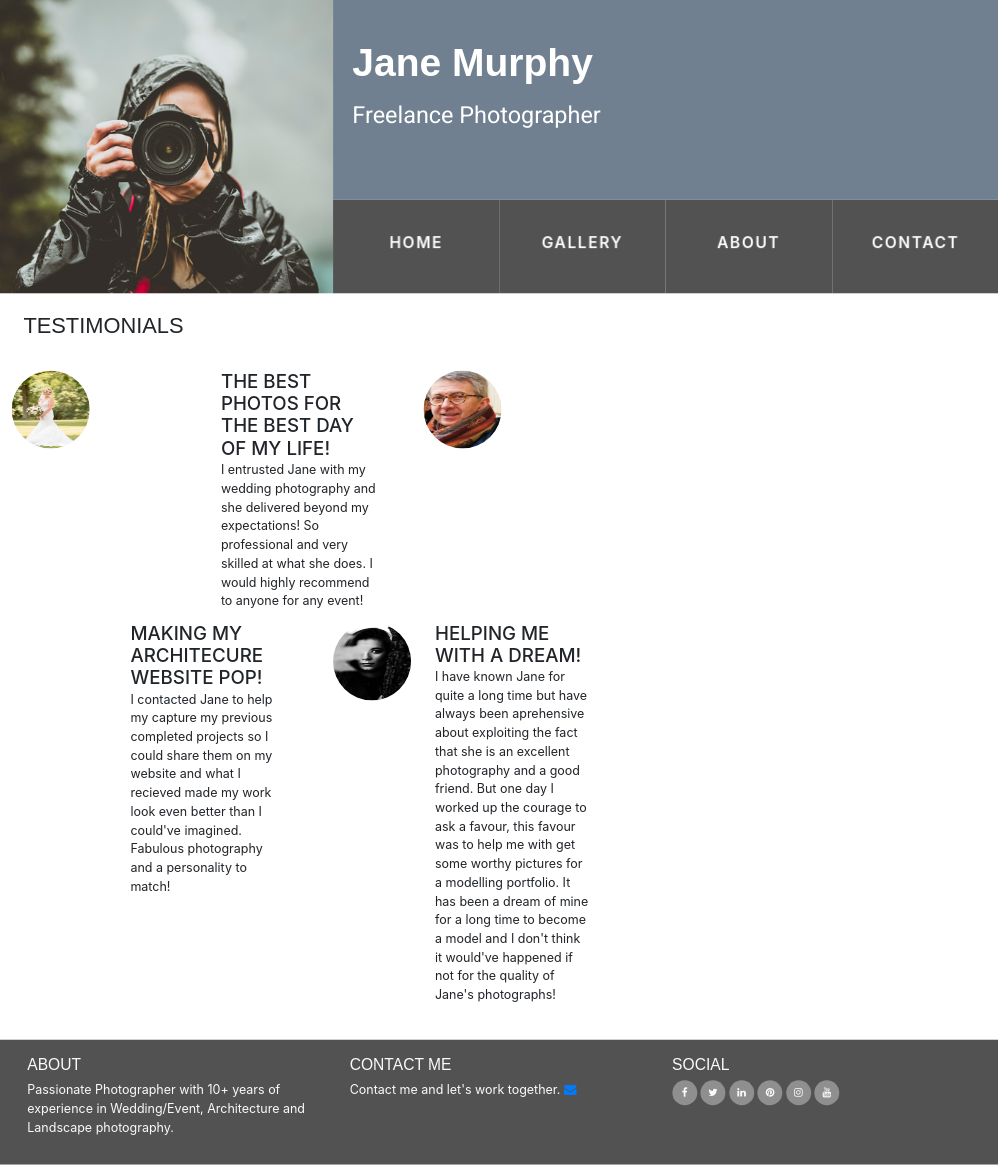
Repository: Code-Institute-Submissions/MrChrisRandall-milestone-1
Page: index.html
The author's editor kept a record of every edit. The page is drawn from the files as they stood at one moment, then again after the next edit.
The browser window is 1280 px wide. The pictures show the whole page, at 78% of full size.

Above is the page before.

### index.html
<!DOCTYPE html>
<html lang="en">

<head>
    <meta charset="UTF-8">
    <meta name="viewport" content="width=device-width, initial-scale=1.0">
    <meta http-equiv="X-UA-Compatible" content="ie=edge">
    <link rel="stylesheet" href="https://stackpath.bootstrapcdn.com/bootstrap/4.3.1/css/bootstrap.min.css" type="text/css" />
    <link rel="stylesheet" href="https://stackpath.bootstrapcdn.com/font-awesome/4.7.0/css/font-awesome.min.css" type="text/css" />
    <link rel="stylesheet" href="https://cdnjs.cloudflare.com/ajax/libs/hover.css/2.3.1/css/hover-min.css" type="text/css" />
    <link rel="stylesheet" href="assets/css/style.css" type="text/css" />
    <title>Studio 21</title>
</head>

<body>
    <header>
        <div class="row no-gutters">
            <a href="index.html" class="col-md-4 logo">

            </a>
            <div class="col-md-8">
                <div class="row no-gutters bg-color-name-title">
                    <div class="col heading">
                        <h1 class="name">Jane Murphy</h1>
                        <h2 class="title">Freelance Photographer</h2>
                    </div>
                </div>
                <div class="row no-gutters">
                    <div class="col">
                        <ul id="nav" class="list-inline menucontainer">
                            <li class="col-6 col-sm-3 ui-menu-color-home list-inline-item menuitem">
                                <a href="index.html" class="hvr-grow-shadow"><span>Home</span></a>
                            </li>
                            <li class="col-6 col-sm-3 ui-menu-color-gallery list-inline-item menuitem">
                                <a href="gallery.html" class="hvr-grow-shadow"><span>Gallery</span></a>
                            </li>
                            <li class="col-6 col-sm-3 ui-menu-color-about list-inline-item menuitem">
                                <a href="about.html" class="hvr-grow-shadow"><span>About</span></a>
                            </li>
                            <li class="col-6 col-sm-3 ui-menu-color-contact list-inline-item menuitem">
                                <a href="contact.html" class="hvr-grow-shadow"><span>Contact</span></a>
                            </li>
                        </ul>
                    </div>
                </div>

            </div>
        </div>

    </header>

    <section class="container-fluid">
        <div class="row">

            <div class="col-md-8 section-column">

                <div class="row">
                    <div class="col">
                        <h3 class="section-heading uppercase">Testimonials</h3>
                    </div>
                </div>
                <div class="row">
                    <div class="d-none d-sm-block">
                        <img src="assets/images/f1.jpg" class="rounded-circle mr-3" height=100 width=100>
                    </div>
                    <div class="col-10 offset-1 offset-sm-2 col-sm-4 col-md-4">
                        <div class="row">

                            <div class="col-10">
                                <h4 class="uppercase">The best photos for the best day of my life!</h4>
                                <p>
                                    I entrusted Jane with my wedding photography and she delivered beyond my expectations! So professional and very skilled at what she does. I would highly recommend to anyone for any event!
                                </p>
                            </div>
                        </div>
                    </div>


                    <div class="d-none d-sm-block">
                        <img src="assets/images/m1.jpg" class="rounded-circle mr-3" height=100 width=100>
                    </div>
                    <div class="col-10 offset-1 offset-sm-2 col-sm-4 col-md-4">
                        <div class="row">

                            <div class="col-10">
                                <h4 class="uppercase">Making my architecure website pop!</h4>
                                <p>
                                    I contacted Jane to help my capture my previous completed projects so I could share them on my website and what I recieved made my work look even better than I could've imagined. Fabulous photography and a personality to match!
                                </p>
                            </div>
                        </div>
                    </div>

                    <div class="d-none d-sm-block">
                        <img src="assets/images/fm1.jpg" class="rounded-circle mr-3" height=100 width=100>
                    </div>
                    <div class="col-10 offset-1 offset-sm-0 col-sm-4 col-md-4">
                        <div class="row">
                            <div class="col-10">
                                <h4 class="uppercase">Helping me with a dream!</h4>
                                <p>
                                    I have known Jane for quite a long time but have always been aprehensive about exploiting the fact that she is an excellent photography and a good friend. But one day I worked up the courage to ask a favour,
                                    this favour was to help me with get some worthy pictures for a modelling portfolio. It has been a dream of mine for a long time to become a model and I don't think it would've happened if not for the quality of Jane's photographs!
                                </p>
                            </div>

                        </div>
                    </div>
                </div>
            </div>
        </div>

    </section>

    <footer class="container-fluid">
        <div id="footer-details" class="row">
            <div class="col-sm-4">
                <h5 class="uppercase general-sub">About</h5>
                <p class="inline-block">
                    Passionate Photographer with 10+ years of experience in Wedding/Event, Architecture and Landscape photography.
                </p>
            </div>
            <div class="col-sm-4">
                <h5 class="uppercase general-sub">Contact Me</h5>
                <p class="inline-block">
                    Contact me and let's work together.
                    <a href="contact.html" class="contant-link">
                        <i class="fa fa-envelope" aria-hidden="true"></i>
                        <span class="sr-only">Contact link.</span>
                    </a>
                </p>
            </div>
            <div class="col-sm-4">
                <h5 class="uppercase general-sub">Social</h5>
                <ul class="list-inline social-links">
                    <li class="list-inline-item">
                        <a target="_blank" href="#">
                            <i class="fa fa-facebook" aria-hidden="true"></i>
                            <span class="sr-only">Facebook</span>
                        </a>
                    </li>
                    <li class="list-inline-item">
                        <a target="_blank" href="#">
                            <i class="fa fa-twitter" aria-hidden="true"></i>
                            <span class="sr-only">Twitter</span>
                        </a>
                    </li>
                    <li class="list-inline-item">
                        <a target="_blank" href="#">
                            <i class="fa fa-linkedin" aria-hidden="true"></i>
                            <span class="sr-only">LinkedIn</span>
                        </a>
                    </li>
                    <li class="list-inline-item">
                        <a target="_blank" href="#">
                            <i class="fa fa-pinterest" aria-hidden="true"></i>
                            <span class="sr-only">Pinterest</span>
                        </a>
                    </li>
                    <li class="list-inline-item">
                        <a target="_blank" href="#">
                            <i class="fa fa-instagram" aria-hidden="true"></i>
                            <span class="sr-only">Instagram</span>
                        </a>
                    </li>
                    <li class="list-inline-item">
                        <a target="_blank" href="#">
                            <i class="fa fa-youtube" aria-hidden="true"></i>
                            <span class="sr-only">YouTube</span>
                        </a>
                    </li>
                </ul>
            </div>
        </div>
    </footer>

</body>

</html>

### assets/css/style.css
@import url('https://fonts.googleapis.com/css?family=Roboto&display=swap:100,200,300,400,500,600,700|Exo:100,200,300,400,500,600,700');


/*--------------------------------------------------Colors*/

.bg-color-name-title {
    background-color: #708090;
}

.ui-menu-color-home {
    background-color: #525252;
}

.ui-menu-color-gallery {
    background-color: #525252;
}

.ui-menu-color-about {
    background-color: #525252;
}

.ui-menu-color-contact {
    background-color: #525252;
}

/*--------------------------------------------------General*/

h1,
h2,
h3,
h4 {
    margin: 0;
}

.uppercase {
    text-transform: uppercase;
}

.general-sub {
    font-family: "Exo", sans-serif;
    font-weight: 300;
    color: #fafafa
}

.inline-block {
    display: inline-block;
}

.row-table {
    display: table;
}

.section-column {
    display: table-cell;
    padding: 0 30px 30px;
    float: none;
}

.history-heading,
.section-heading {
    font-family: "Exo", sans-serif;
    font-weight: 300;
    margin-top: 25px;
    margin-bottom: 40px;
}

/*--------------------------------------------------Header*/

.header {
    margin: 0;
}

.heading {
    margin-left: 25px;
}

.logo {
    background: url(../images/pic.jpg);
    background-position: center;
    background-repeat: no-repeat;
    background-size: cover;
    min-height: 360px;
}

.name {
    font-family: "Exo", sans-serif;
    font-weight: 600;
    font-size: 50px;
    margin-top: 50px;
    color: #fff;
}

.title {
    font-family: "Roboto", sans-serif;
    font-weight: 400;
    font-size: 30px;
    margin-top: 20px;
    margin-bottom: 90px;
    color: #fff;
}

.list-inline-item:not(:last-child) {
    margin: 0;
}

.menucontainer {
    font-size: 0;
}

#nav {
    margin: 0;
}

#nav li {
    font-size: 14px;
    padding: 0;
}

.menuitem {
    height: 120px;
    text-align: center;
    padding: 0;
}

.menuitem a {
    width: 100%;
    text-decoration: none;
    color: #fff;
    height: 120px;
}

.menuitem span {
    display: block;
    width: 100%;
    padding-top: 40px;
    text-align: center;
    text-transform: uppercase;
    font-size: 20px;
    font-weight: 600;
    letter-spacing: 2px;
}

/*--------------------------------------------------Footer*/

footer {
    background-color: #525252;
    color: #fafafa;
    min-height: 120px;
    margin: 0;
}

.contact-link i {
    width: 32px;
    height: 32px;
    padding: 12px 0;
    border-radius: 50%;
    font-size: 13px;
    line-height: 7px;
    text-align: center;
    color: #fafafa;
    background: #8f8f8f;
    transition: all 0.35s ease-in-out;
    -moz-transition: all 0.35s ease-in-out;
    -webkit-transition: all 0.35s ease-in-out;
    -o-transition: all 0.35s ease-in-out;
}

.social-links {
    padding-bottom: 15px;
}

.social-links li a i {
    width: 32px;
    height: 32px;
    padding: 12px 0;
    border-radius: 50%;
    font-size: 13px;
    line-height: 7px;
    text-align: center;
    color: #fafafa;
    background: #8f8f8f;
    transition: all 0.35s ease-in-out;
    -moz-transition: all 0.35s ease-in-out;
    -webkit-transition: all 0.35s ease-in-out;
    -o-transition: all 0.35s ease-in-out;
}

.social-links li a i:hover {
    background: #708090;
}

#footer-details {
    padding: 20px;
}

/*--------------------------------------------------Personal Info*/

.personal-info-item {
    margin-bottom: 20px;
    display: block;
    clear: both;
}

.personal-info-item .key,
.personal-info-item .value {
    padding-right: 8px;
    display: inline-block;
}

.personal-info-item .key p,
.personal-info-item .value p {
    margin: 0;
}

.personal-info-item .key {
    width: 30%;
    margin-right: 21px;
    padding-top: 2px;
    vertical-align: top;
}

.personal-info-item .key p {
    font-weight: 700;
}

.personal-info-item .value {
    position: relative;
    width: 60%;
}

/*--------------------------------------------------Contact Form*/

.contact-heading {
    font-family: "Exo", sans-serif;
    font-weight: 300;
    margin-top: 25px;
    margin-bottom: 20px;
}

.center-form {
    padding-top: 10px;
    margin: 0 auto;
    max-width: 70%;
}

button[type="submit"] {
    margin-top: 15px;
    margin-bottom: 20px;
    color: #fafafa;
    background-color: #e84610;
}

/*--------------------------------------------------Gallery*/

.flex-container {
    width: 1280px;
    min-height: 500px;
    background: #fff;
    margin: 70px auto 0;
    display: flex;
    flex-direction: row;
    flex-wrap: wrap;
}

.flex-container .box {
    position: relative;
    width: 250px;
    height: 250px;
    background: #000000;
    margin: 25px;
    display: inline-block
}

.flex-container .box .imgBox {
    position: relative;
}

.flex-container .box .imgBox img {
    max-width: 100%;
    transform: transition 2s;
}
.flex-container .box:hover .imgBox {

}

After the next edit:
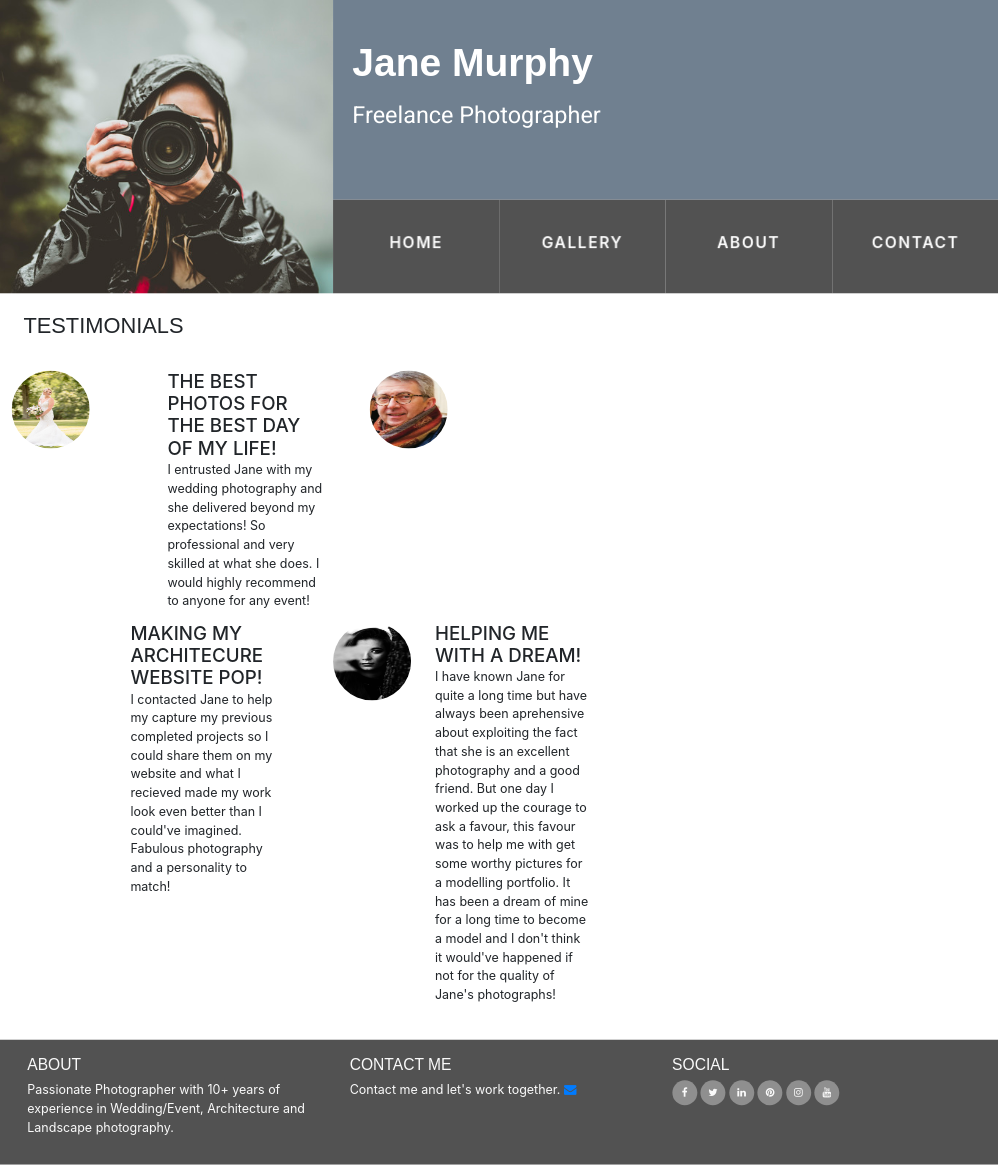
The edit:
--- a/index.html
+++ b/index.html
@@ -63,7 +63,7 @@
                     <div class="d-none d-sm-block">
                         <img src="assets/images/f1.jpg" class="rounded-circle mr-3" height=100 width=100>
                     </div>
-                    <div class="col-10 offset-1 offset-sm-2 col-sm-4 col-md-4">
+                    <div class="col-10 offset-1 offset-sm-1 col-sm-4 col-md-4">
                         <div class="row">
 
                             <div class="col-10">
